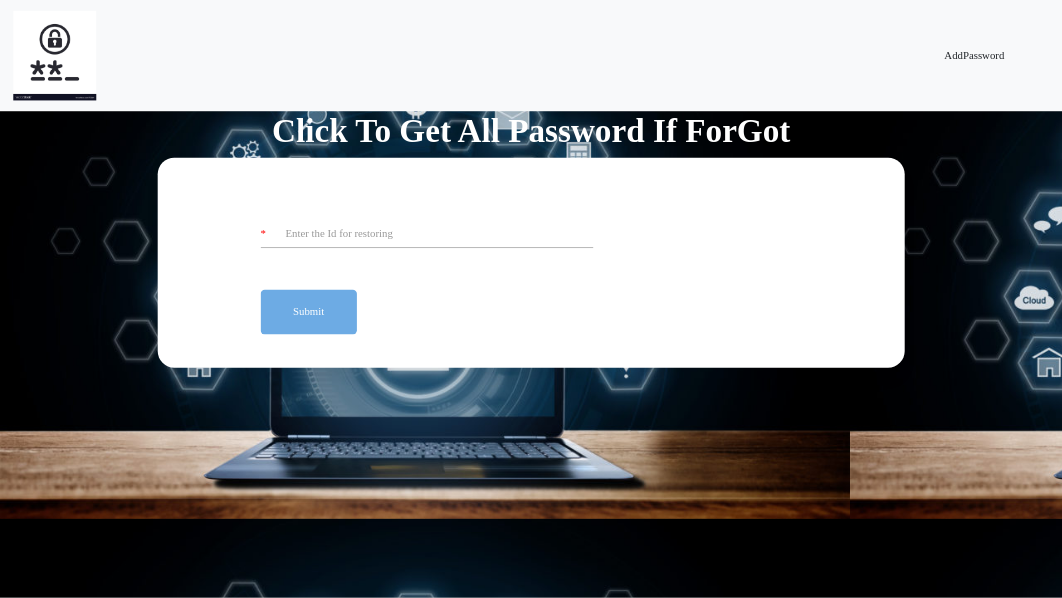
Repository: Sunil-731820/AllWorkingModels
Page: http://localhost/PasswordManagerApp/ShowAllPassword.jsp
The author's editor kept a copy of each file at every save. The page is drawn from the files as they stood at one save, then again after the next save.
The browser window is 1280 px wide. The pictures show the whole page, at 83% of full size.
Some web fonts or font styles are not loaded; a fallback is used. Some web libraries are served in a nearby version. The page is served by Tomcat 9.

Above is the page before, as saved 2022-09-28 06:31:02.

After the next save:
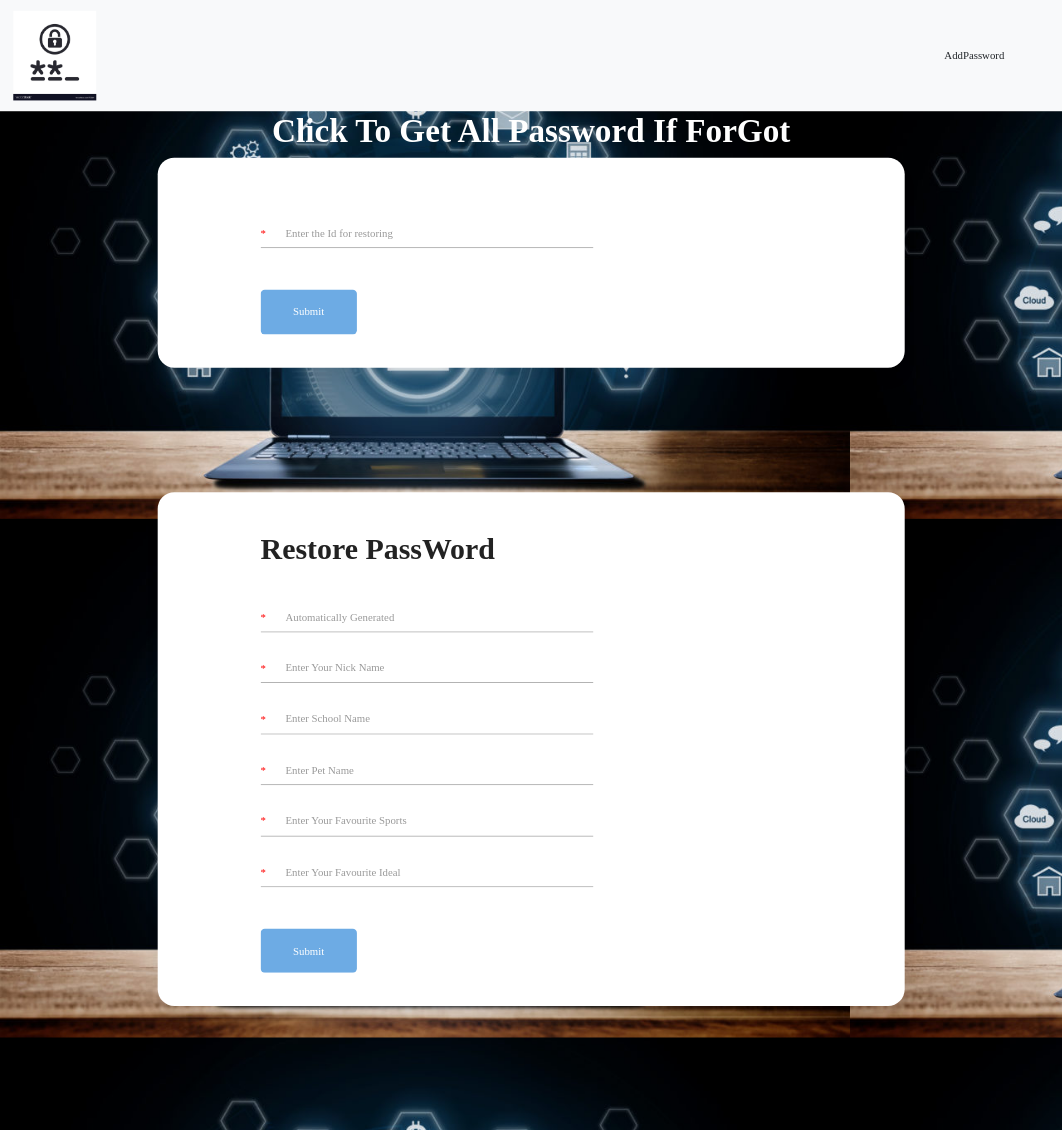
Saved 47 s later.
--- a/PasswordManagerApp/src/main/webapp/ShowAllPassword.jsp
+++ b/PasswordManagerApp/src/main/webapp/ShowAllPassword.jsp
@@ -69,7 +69,7 @@
                 <b>Click To Get All Password If ForGot</b>
             </h1>
         </div>
-<form action="AnswerAllQuestionForRestoringPassword.jsp" method="get">
+<form action="ShowAllPassword.jsp" method="get">
             <!-- Sign up form -->
             <section class="signup">
                 <div class="container">
@@ -91,7 +91,46 @@
                 </div>
             </section>
         </form>
+       <section class="signup">
+                <div class="container">
+                    <div class="signup-content">
+                        <div class="signup-form">
+                            <h2 class="form-title">Restore PassWord </h2>
+                            <form class="register-form" id="register-form">
+                            <div class="form-group">
+                                    <label for="email" class="required"><i class="zmdi zmdi-email"></i></label>
+                                    <input type="number" name="id" id="id" placeholder="Automatically Generated " required="required" />
+                                </div>
+                                <div class="form-group">
+                                    <label for="email" class="required"><i class="zmdi zmdi-email"></i></label>
+                                    <input type="text" name="nickName" id="email" placeholder="Enter Your Nick Name" required="required" />
+                                </div>
+                                <div class="form-group">
+                                    <label for="pass" class="required"><i class="zmdi zmdi-lock"></i></label>
+                                    <input type="text" name="schoolName" id="pass" placeholder="Enter School Name" required="required"/>
+                                </div>
+                                <div class="form-group">
+                                    <label for="pass" class="required"><i class="zmdi zmdi-lock"></i></label>
+                                    <input type="text" name="petName" id="pass" placeholder="Enter Pet Name" required="required"/>
+                                </div>
+                                <div class="form-group">
+                                    <label for="pass" class="required"><i class="zmdi zmdi-lock"></i></label>
+                                    <input type="text" name="favSports" id="pass" placeholder="Enter Your Favourite Sports" required="required"/>
+                                </div>
+                                <div class="form-group">
+                                    <label for="pass" class="required"><i class="zmdi zmdi-lock"></i></label>
+                                    <input type="text" name="favIdeal" id="pass" placeholder="Enter Your Favourite Ideal " required="required"/>
+                                </div>
 
+                                <div class="form-group form-button">
+                                    <input type="submit" name="signup" id="signup" class="form-submit" value="Submit"/>
+                                </div>
+                            </form>
+                        </div>
+
+                    </div>
+                </div>
+            </section>
 
 
 </body>
